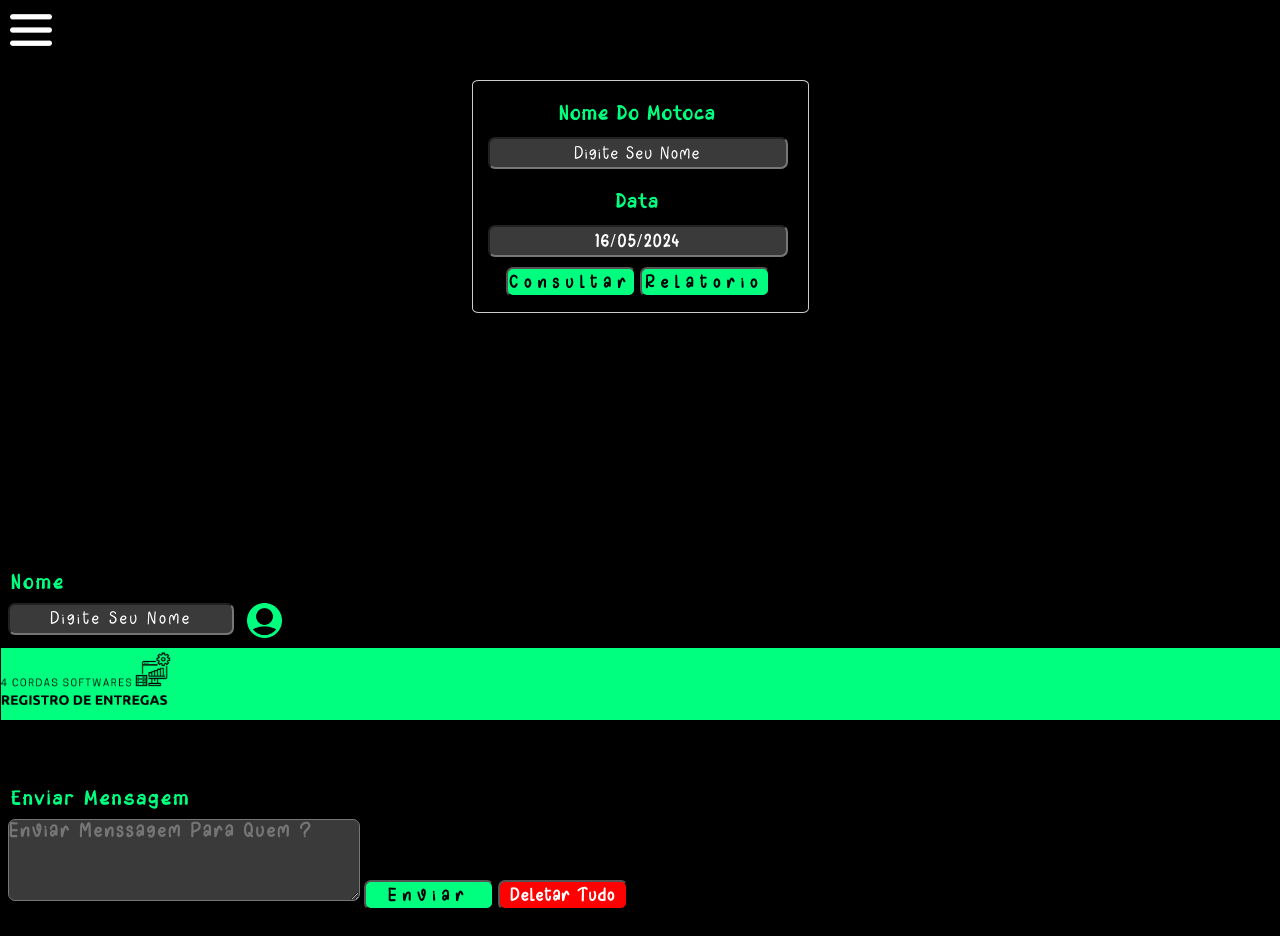
Repository: alfredo-allan/relatorioentregas
Page: pages/chatapp.html
An editor plug-in stored every save of this project. The page is shown before and after a run of saves, followed by the edit.
The browser window is 1280 px wide. The pictures show the whole page.
The page's requests for data from a server got no answer.

Above is the page before, as saved 2024-05-16 22:07:10.
Console error: TypeError: Cannot read properties of null (reading 'addEventListener')

### pages/chatapp.html
<!DOCTYPE html>
<html lang="pt-BR">
  <head>
    <meta charset="UTF-8" />
    <meta name="viewport" content="width=device-width, initial-scale=1.0" />
    <link rel="stylesheet" href="../style/mediaqueries.css" />
    <link rel="stylesheet" href="../style/styles.css" />
    <style>
      @media screen and (min-width: 800px) and (max-width: 2050px) {
        footer img {
          width: 170px;
          height: 60px;
        }
        /* Outros estilos específicos para resoluções entre 1900px e 3090px */
      }
      * {
        padding: 0;
      }

      footer {
        position: fixed;
        bottom: 0;
        width: 100%;
        background-color: #00ff7f;
        margin: 0;
        padding: 0;
        margin-left: -7px;
      }
      @media screen and (min-width: 300px) and (max-width: 600px) {
        footer {
          height: 6vh;
        }
      }

      @media screen and (min-width: 800px) and (max-width: 2050px) {
        #menu-options img {
          width: 206px;
          position: relative;
          margin: 13px;
          margin-top: -44px;
          border-bottom: 1px solid black; /* Adiciona uma linha preta na parte inferior da imagem */
        }
        #menu-options {
          width: 25%;
          height: 54vh;
        }
        footer {
          position: fixed;
          bottom: 0;
          width: 100%;
          background-color: #00ff7f;
          margin: 0;
          padding: 0;
          margin-left: -7px;
        }
      }
    </style>
    <link rel="icon" type="image/x-icon" href="../favicon.ico" />
    <title>ChatApp</title>
  </head>
  <body>
    <header id="ChatApp">
      <img id="menu-icon" src="../img/barra-de-menu.png" alt="" />
      <div id="menu-options">
        <ul>
          <span
            id="close-icon"
            style="
              color: black;
              position: absolute;
              line-height: 0;
              font-size: 30px;
              margin-top: -20px;
              cursor: pointer;
            "
            >X</span
          >
          <img src="../img/4 cordassof.png" alt="" />
          <br />
          <a href="../index.html"><li>Home</li></a>
          <a href="../cdsentregas.html"><li>Registrar Entrega</li></a>
          <a href="../pages/apagar.html"><li>Apagar Entrega</li></a>
          <a href="../pages/consultar.html"><li>Consultar Entregas</li></a>
          <a href="../pages/registrar.html"><li>Registar-Se</li></a>
          <a href="../pages/sobre.html"><li>Sobre a 4cordas</li></a>
          <a href="../pages/instrucao.html"><li>Ajuda</li></a>
        </ul>
      </div>
      <!-- <h1 id="textchat">Chat Entregas</h1> -->
      <!-- <img id="imgchat" src="../img/bater-papo.png" alt="" /> -->
    </header>
    <div id="myModal" class="modal">
      <div class="modal-content">
        <span class="close">&times;</span>
        <p>Mensagem Enviada Com Sucesso!</p>
      </div>
    </div>
    <div id="form">
      <div id="consulta" class="column">
        <!-- <span style="display: none">ID:</span> -->
        <input
          type="text"
          id="id"
          style="display: none"
          placeholder="ID"
          readonly
        />
        <span>Nome Do Motoca</span>
        <input type="text" id="nome-motoca" placeholder="Digite Seu Nome" />

        <span>Data</span>
        <input id="data-entrega" type="text" />

        <div id="btns">
          <button id="consulta-btn">Consultar</button>
          <button id="gerar-relatorio-btn">Relatório</button>
        </div>
      </div>
    </div>
    <div id="login">
      <span>Nome</span> <br />
      <input id="nomeusuario" type="text" placeholder="Digite Seu Nome" />
      <img id="utlizador" src="../img/do-utilizador.png" alt="" />
    </div>
    <span>Escolher Usuário</span>
    <ul></ul>
    <div id="usuarios"></div>
    <img id="multiUsu" src="../img/silhueta-de-multiplos-usuarios.png" alt="" />
    <br />
    <input id="lstUsu" type="text" />
    <div id="msgEnviar">
      <span>Enviar Mensagem</span> <br />
      <textarea
        placeholder="Enviar Menssagem Para Quem ?"
        id="enviarMsg"
        type="text"
      ></textarea>
      <button id="enviarmsg">Enviar</button>
      <button id="delMsg">Deletar Tudo</button>
      <!-- <img id="imgEnviarmsg" src="../img/enviar-mensagem.png" alt="" /> -->
    </div>
    <footer>
      <img src="../img/4 cordassof.png" alt="" />
    </footer>
    <script>
      const inputNomeUsuario = document.getElementById("nomeusuario");

      inputNomeUsuario.addEventListener("input", () => {
        const nomeUsuario = inputNomeUsuario.value;

        fetch(`http://192.168.10.20:8033/usuarios/${nomeUsuario}`)
          .then((response) => {
            if (response.ok) {
              return response.json();
            } else {
              throw new Error("Usuário não encontrado");
            }
          })
          .then((data) => {
            console.log("Usuário encontrado:", data);
          })
          .catch((error) => {
            console.error("Erro:", error);
          });
      });
    </script>

    // Adicione este script abaixo do botão 'Selecionar' no seu HTML

    <script>
      const buttonSelecionar = document.getElementById("ctsUsu");

      buttonSelecionar.addEventListener("click", () => {
        const nomeUsuario = document.getElementById("lstUsu").value;

        fetch(`http://192.168.10.20:8033/usuarios/${nomeUsuario}`)
          .then((response) => {
            if (response.ok) {
              return response.json();
            } else {
              throw new Error("Usuário não encontrado");
            }
          })
          .then((data) => {
            console.log("Destinatário encontrado:", data);
          })
          .catch((error) => {
            console.error("Erro:", error);
          });
      });
    </script>

    // Adicione este script abaixo do botão 'Enviar' no seu HTML

    <script>
      const buttonEnviar = document.getElementById("enviarmsg");

      buttonEnviar.addEventListener("click", () => {
        const sender = document.getElementById("nomeusuario").value;
        const recipient = document.getElementById("lstUsu").value;
        const message = document.getElementById("enviarMsg").value;

        fetch("http://192.168.10.20:8033/enviar-mensagem", {
          method: "POST",
          headers: {
            "Content-Type": "application/json",
          },
          body: JSON.stringify({
            sender_username: sender,
            recipient_username: recipient,
            message: message,
          }),
        })
          .then((response) => {
            if (response.ok) {
              console.log("Mensagem enviada com sucesso");
            } else {
              throw new Error("Erro ao enviar mensagem");
            }
          })
          .catch((error) => {
            console.error("Erro:", error);
          });
      });
    </script>
    <script>
      let isTyping = false;

      // Função para verificar se o usuário está digitando
      function checkTyping() {
        const inputField = document.getElementById("enviarMsg");
        inputField.addEventListener("input", () => {
          isTyping = inputField.value.length > 0;
        });
      }

      function monitorNewMessages() {
        const nomeUsuario = document.getElementById("nomeusuario").value;

        // Lógica para buscar novas mensagens do servidor e inserir no campo msgEnviar
        fetch(`http://192.168.10.20:8033/mensagens/${nomeUsuario}`)
          .then((response) => {
            if (response.ok) {
              return response.json();
            } else {
              throw new Error("Erro ao buscar novas mensagens");
            }
          })
          .then((data) => {
            const messages = data; // Não precisamos acessar data.messages, pois a resposta do servidor já é uma lista de mensagens
            const msgEnviar = document.getElementById("msgEnviar");
            msgEnviar.innerHTML = ""; // Limpar mensagens antigas antes de adicionar as novas

            messages.forEach((message) => {
              const p = document.createElement("p");
              p.textContent = message.message; // A mensagem está no campo "message" do objeto de mensagem
              msgEnviar.appendChild(p);
            });
          })
          .catch((error) => {
            console.error("Erro ao buscar novas mensagens:", error);
          });
      }

      document.addEventListener("DOMContentLoaded", () => {
        monitorNewMessages();
      });

      // Adicionar esta função para limpar o campo de entrada após o envio de mensagem
      function limparCampoDeMensagem() {
        document.getElementById("enviarMsg").value = "";
      }
    </script>
    <script src="../script.js"></script>
  </body>
</html>

### style/mediaqueries.css
@media screen and (min-width: 300px) and (max-width: 600px) {
  footer {
    bottom: 0;
    img {
      display: none;
    }
    /* Outros estilos específicos para resoluções entre 1900px e 3090px */
  }

  @media screen and (min-width: 800px) and (max-width: 2050px) {
    footer img {
      width: 170px;
      height: 60px;
    }
  }
}

  @media screen and (min-width: 800px) and (max-width: 2050px) {
    #close-icon {
      margin-left: 250px;
    }
  }


@media screen and (min-width: 300px) and (max-width: 600px) {
  footer {
    height: 6vh;
    margin: 0;
    padding: 0;
    margin-top: 174px;
    position: absolute;
    width: 100%;
    margin-left: -7px;
  }
  #menu-options img {
    margin-top: -40px;
    border-bottom: 1px solid black; /* Adiciona uma linha preta na parte inferior da imagem */
    width: 210px;
  }
  #close-icon {
    margin-left: 224px;
  }
}

### style/styles.css
:root {
  --las-americas: "Las-americas", sans-serif;
  --gribble-font: "Gribble";
  --helootwuins-font: "HelooTwuins";
  --verde--color: #00ff7f;
}

body {
  background-color: black;
}

@font-face {
  font-family: "Las-americas";
  src: url("../fonts/las_americas/LasAmericas_PERSONAL_USE_ONLY.otf")
    format("truetype");
  /* Adicione mais formatos (e.g. woff, woff2) conforme necessário */
}

@font-face {
  font-family: "Gribble";
  src: url("../fonts/gribble/Gribble.ttf") format("truetype");
  /* Adicione mais formatos (e.g. woff, woff2) conforme necessário */
}

@font-face {
  font-family: "HelooTwuins";
  src: url("../fonts/hello_twins/HelloTwinsDEMO.otf") format("truetype");
  /* Adicione mais formatos (e.g. woff, woff2) conforme necessário */
}

header {
  img {
    width: 42px;
    margin-right: 14px;
    text-wrap: nowrap;
  }
}

footer {
  width: 100%;
  height: 10vh;
  background-color: #00ff7f;
  margin: 0;
  padding: 0;
}

img #menu-icon {
  margin-right: 20px;
  margin-left: -1%;
}

#text-top {
  text-align: center;
  font-family: var(--las-americas);
  color: white;
  letter-spacing: 1.2px;
  margin-top: 30px;
  font-size: 40px;
}

#delivery {
  color: red;
  font-family: var(--gribble-font);
  letter-spacing: 3px;
  font-size: 25px;
  font-weight: 900;
  color: var(--verde--color);
}

.column {
  display: flex;
  flex-direction: column;
  align-items: center;
  padding: 10px 20px 15px 15px;
  border: 1px solid #ccc;
  border-radius: 2%;
  width: 300px;
  margin: 0 auto;
  margin-top: -100px;
}

#form {
  border-radius: 2%;
  margin-top: 110px;
  margin-bottom: 250px;
  span {
    color: #00ff7f;
    font-family: var(--gribble-font);
    font-size: 20px;
    letter-spacing: 2px;
    font-weight: 600;
  }
}

input {
  text-align: center;
  margin-bottom: 5px;
  padding: 5px;
  width: 100%;
  box-sizing: border-box;
  font-weight: 600;
  margin-bottom: 10px;
  background-color: rgba(255, 255, 255, 0.226);
  color: white;
  font-family: var(--helootwuins-font);
  letter-spacing: 2px;
  font-size: 18px;
  border-radius: 7px;
}

input::placeholder {
  text-align: center;
  color: white;
  font-family: var(--helootwuins-font);
  font-weight: 400;
  font-size: 18px;
}

button {
  width: 130px;
  height: 30px;
  border-radius: 2%;
  background-color: var(--verde--color);
  font-family: var(--helootwuins-font);
  font-size: 18px;
  letter-spacing: 7px;
  font-weight: 900;
  border-radius: 7px;
}

#confirmButton {
  margin-left: 8px;
  margin-right: 20px;
}

#menu-icon {
  cursor: pointer;
  margin: 15px;
  margin-left: 2px;
  margin-top: 1px;
}

#menu-options {
  text-wrap: nowrap;
  display: none;
  position: absolute;
  top: 0;
  left: 0;
  margin-top: 0px;
  width: 70%;
  height: 70vh;
  background-color: #00ff7f;
  color: white;
  font-family: var(--gribble-font);
  font-weight: 900;
  border-bottom-right-radius: 10%;
  color: black;
  letter-spacing: 2px;
  z-index: 999;
  li {
    margin-top: 3px;
  }
}

a {
  text-decoration: none; /* Remove o sublinhado */
  color: black;
}

#menu-options ul {
  list-style: none;
  padding: 0;
  margin-left: 10px;
  font-size: 20px;
  margin-top: 40px;
}

#menu-options ul li {
  padding: 10px;
  /* margin: 10px; */
  text-wrap: nowrap;
  /* border-bottom: 1px solid white; */
}

#modal {
  background: black;
  text-align: center;
}

.modal {
  display: none; /* Escondido por padrão */
  position: fixed;
  z-index: 1;
  left: 0;
  top: 0;
  width: 100%;
  height: 100%;
  overflow: auto;
  background-color: rgba(0, 0, 0, 0.4);
}

.modal-content {
  background-color: #fefefe;
  margin: 15% auto;
  padding: 20px;
  border: 2px solid #888;
  width: 80%;
  border-radius: 10px;
  background-color: black;
  p {
    margin-top: 30px;
    text-align: left;
    text-wrap: nowrap;
    font-family: var(--gribble-font);
    letter-spacing: 3px;
    font-weight: 600;
    font-size: 20px;
    color: var(--verde--color);
  }
}

.close {
  color: #aaa;
  float: right;
  font-size: 28px;
  font-weight: bold;
}

.close:hover,
.close:focus {
  color: black;
  text-decoration: none;
  cursor: pointer;
}

#data-list {
  margin: 0 auto;
  left: 50%;
  transform: translateX(-50%);
  margin: 0 auto;
  left: 50%;
  top: 60%;
  transform: translate(-50%, -50%);
  /* border: 1px solid var(--cor-azul); */
  color: var(--verde--color);
  border-radius: 5px;
  height: 340px;
  overflow-y: auto;
  position: absolute;
  z-index: -1;
  margin-top: 110px;
  margin-left: 0px;
  width: 336px;
  list-style: none;
  .name {
    font-family: var(--helootwuins-font);
    font-weight: 900;
    font-size: 20px;
    letter-spacing: 1px;
  }
  .item {
    font-family: var(--helootwuins-font);
    font-weight: 500;
    font-size: 20px;
    color: white;
    letter-spacing: 1px;
  }
}

#data-list {
  width: 340px;
  height: 180px;
  overflow: auto;
  /* border: 1px solid black; */
  /* scrollbar-color: var(--verde--color) var(--verde--color); */
}

#data-list img {
  width: 25px;
  margin-left: 15px;
  margin-right: 0px;
}

#data-list::-webkit-scrollbar {
  width: 10px; /* Largura da barra de rolagem */
}

#data-list::-webkit-scrollbar-thumb {
  background-color: white; /* Cor da barra de rolagem */
  border-radius: 5px; /* Raio de borda da barra de rolagem */
}

#texto-descritivo {
  text-align: justify;
  margin-top: 200px;
  position: fixed;
  font-family: var(--luthier-font);
  letter-spacing: 3px;
  line-height: 2;
  margin-right: 8px;
  font-weight: 900;
  color: var(--verde--color);
}

.name {
  font-family: var(--gribble-font);
  font-weight: 900;
  font-size: 17px;
}
.item {
  font-family: var(--helootwuins-font);
  font-weight: 500;
  font-size: 15;
  color: white;
}

#textchat {
  font-family: var(--las-americas);
  color: white;
  letter-spacing: 10px;
  margin-left: 10px;
  font-size: 40px;
  margin-top: 6px;
}

#imgchat {
  width: 60px;
  position: absolute;
  margin-left: 295px;
  margin-top: -60px;
}

#message {
  input {
    width: 220px;
  }
}

#login {
  width: 226px;
  margin-top: 50px;
  input {
    font-family: var(--gribble-font);
    letter-spacing: 3px;
  }
}

span {
  color: var(--verde--color);
  font-family: var(--gribble-font);
  font-size: 20px;
  padding: 3px;
  line-height: 2;
  letter-spacing: 3px;
  font-weight: 900;
}

#msgInput {
  width: 220px;
  height: 80px;
  background-color: rgba(255, 255, 255, 0.226);
  border-radius: 7px;
  font-family: var(--helootwuins-font);
  font-size: 17px;
  letter-spacing: 3px;
  color: var(--verde--color);
  font-weight: 600;
}

#enviarMsg {
  width: 350px;
  height: 80px;
  background-color: rgba(255, 255, 255, 0.226);
  border-radius: 7px;
  font-family: var(--helootwuins-font);
  font-size: 17px;
  letter-spacing: 3px;
  color: white;
  font-weight: 600;
}

#msgEnviar {
  margin-top: 60px;
}

#enviarMsg {
  letter-spacing: 3px;
  outline: none;
  font-size: 20px;
}

/* #enviarmsg {
  margin-top: 93px;
  position: absolute;
  margin-left: -330px;
} */

#delMsg {
  letter-spacing: 2px;
  background-color: red;
  color: white;
}

#imgEnviarmsg {
  width: 35px;
  margin-left: 11px;
  position: absolute;
}

#textRegister {
  font-family: var(--las-americas);
  color: white;
  letter-spacing: 3px;
  margin-top: 10px;
  text-align: center;
  letter-spacing: 3px;
}

#lstUsu {
  width: 226px;
  position: absolute;
  margin-top: -38px;
}

input#lstUsu {
  font-family: var(--gribble-font);
  letter-spacing: 3px;
}

#ctsUsu {
  position: absolute;
  margin-left: 0px;
  margin-top: 0px;
  line-height: 1px;
}

#utlizador {
  position: fixed;
  width: 35px;
  margin-left: 13px;
}

#msgEntrada {
  width: 35px;
  position: absolute;
  margin-left: 13px;
}

#multiUsu {
  position: absolute;
  width: 35px;
  margin-left: 238px;
  margin-top: -34px;
  margin-top: -21px;
}

#close-icon {
  color: black;
  position: absolute;
  line-height: 0; font-size: 30px;
  margin-top: -20px; cursor: pointer;
}

### script.js
const menuIcon = document.getElementById("menu-icon");
const menuOptions = document.getElementById("menu-options");
const closeIcon = document.getElementById("close-icon");

menuIcon.addEventListener("click", function () {
  if (menuOptions.style.display === "none") {
    menuOptions.style.display = "block";
  } else {
    menuOptions.style.display = "none";
  }
});

closeIcon.addEventListener("click", function () {
  menuOptions.style.display = "none";
});

//input data pagina index e registro
document.getElementById("data-entrega").value = new Date()
  .toISOString()
  .slice(0, 10);
var currentDate = new Date().toISOString().slice(0, 10);
var formattedDate = currentDate.split("-").reverse().join("/");
document.getElementById("data-entrega").value = formattedDate;
document.getElementById("data-entrega").addEventListener("input", formatarData);

After the next 2 saves:
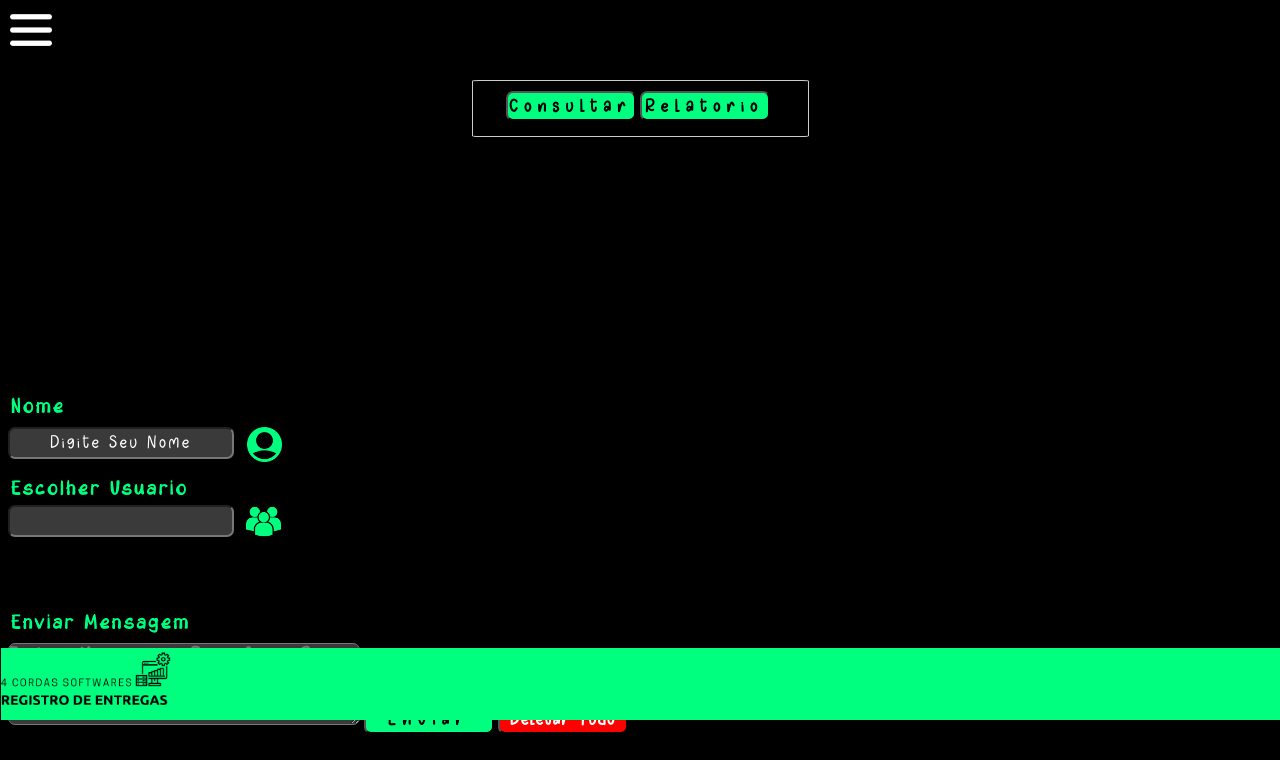
The 2 saves are shown as one change because they came seconds apart.
The last was saved 9 s later.
--- a/pages/chatapp.html
+++ b/pages/chatapp.html
@@ -105,11 +105,6 @@
           placeholder="ID"
           readonly
         />
-        <span>Nome Do Motoca</span>
-        <input type="text" id="nome-motoca" placeholder="Digite Seu Nome" />
-
-        <span>Data</span>
-        <input id="data-entrega" type="text" />
 
         <div id="btns">
           <button id="consulta-btn">Consultar</button>
